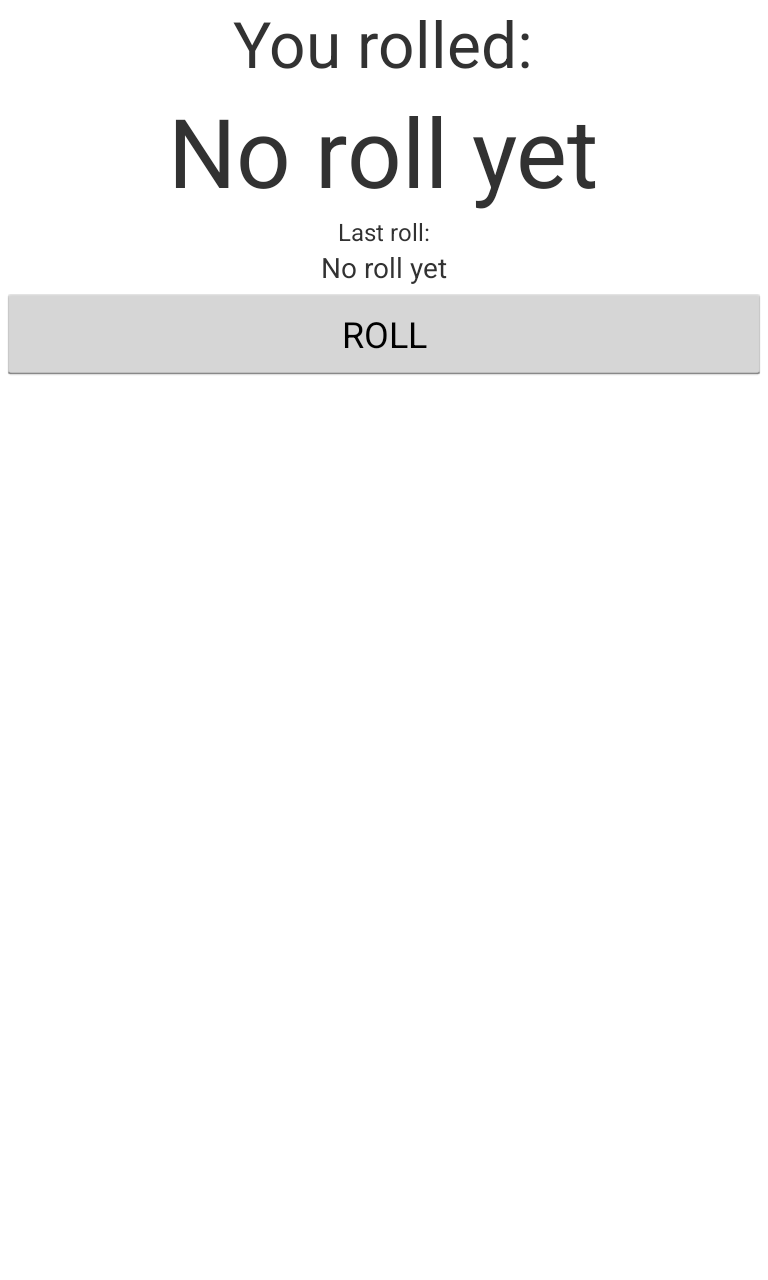
Repository: Bjodol/Roller
Layout: Roller/res/layout/dice_thrower.xml
The author's editor kept a copy of each file at every save. The layout is drawn from the files as they stood at one save, then again after the next save.
It is drawn on a 768 x 1280 px phone screen (xhdpi) without system bars, with theme AppTheme; the app's code is not run. The app's manifest (not shown) leaves right-to-left support off. So textAlignment, textDirection and layoutDirection are ignored, and left and right values win over start and end ones.

Above is the layout before, as saved 2013-08-29 10:27:26.

After the next save:
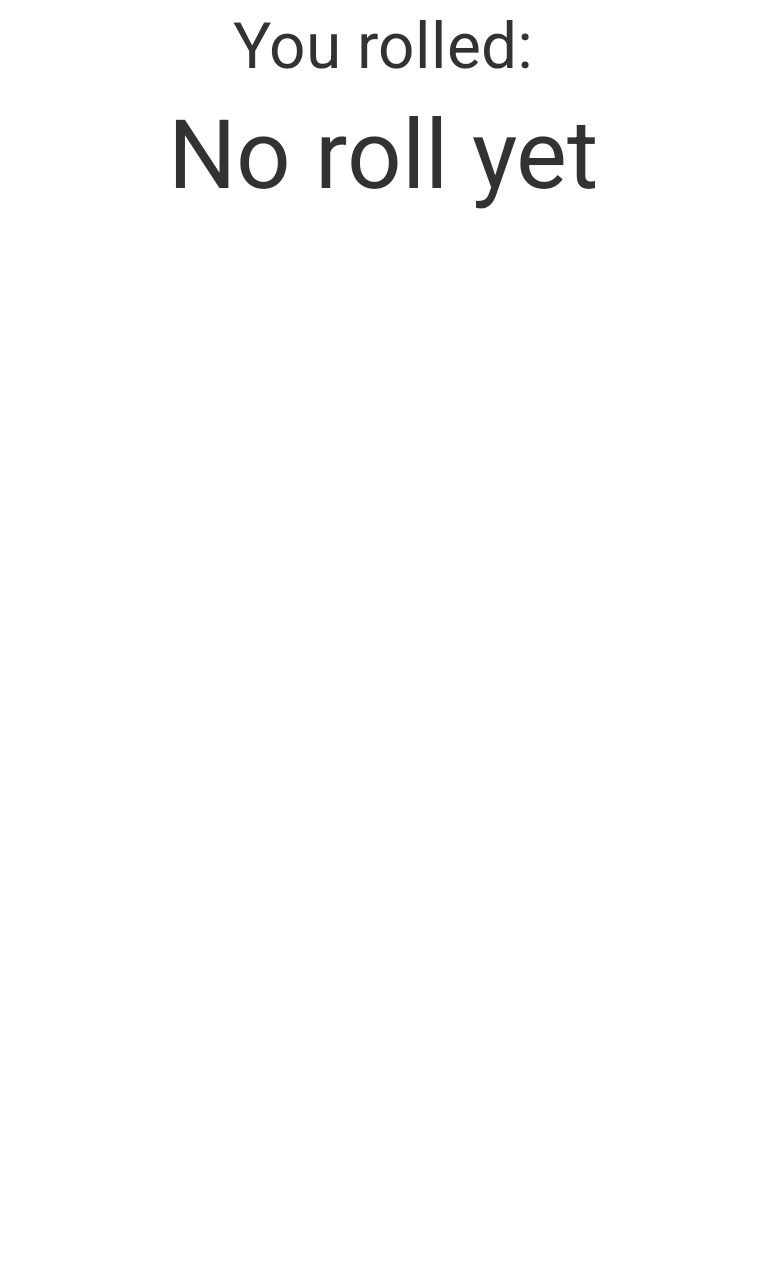
Saved 43 s later.
--- a/Roller/res/layout/dice_thrower.xml
+++ b/Roller/res/layout/dice_thrower.xml
@@ -16,7 +16,7 @@
     <TextView
         android:id="@+id/dice_throw"
         android:layout_width="wrap_content"
-        android:layout_height="wrap_content"
+        android:layout_height="match_parent"
         android:layout_gravity="center"
         android:text="@string/noRolls"
         android:textAlignment="center"

After the 2 saves that followed:
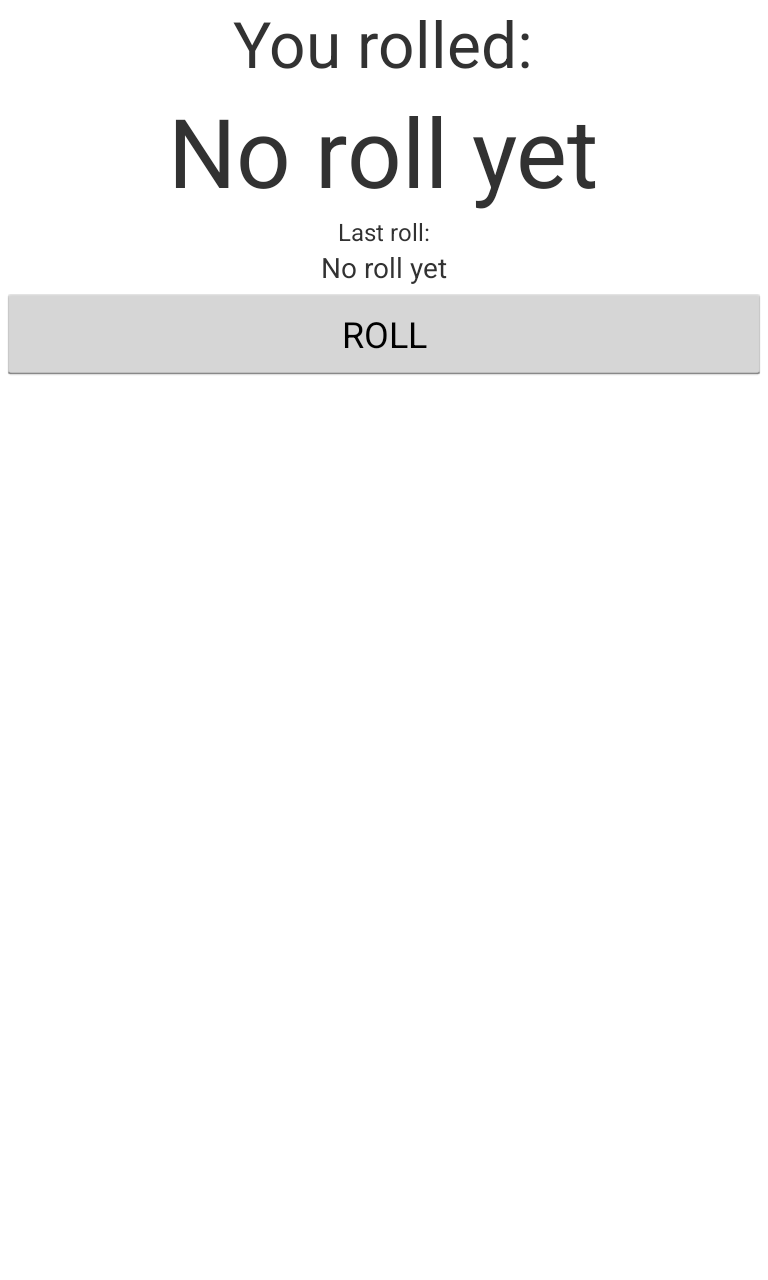
The 2 saves are shown as one change because 1 left the picture as it was.
The last was saved 22 s later.
--- a/Roller/res/layout/dice_thrower.xml
+++ b/Roller/res/layout/dice_thrower.xml
@@ -16,7 +16,7 @@
     <TextView
         android:id="@+id/dice_throw"
         android:layout_width="wrap_content"
-        android:layout_height="match_parent"
+        android:layout_height="wrap_content"
         android:layout_gravity="center"
         android:text="@string/noRolls"
         android:textAlignment="center"
